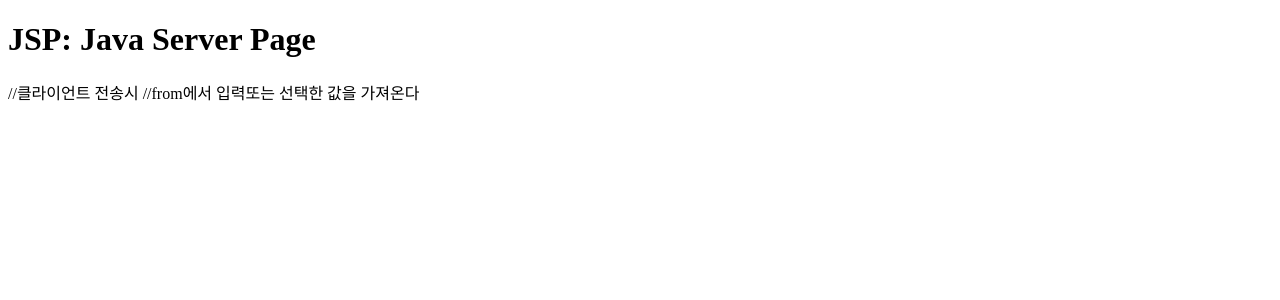
Repository: windy9109/FrontendClass
Page: http://localhost/webpro/0225/radio.jsp
These files come from the project's save history. The page is drawn as it stood at one moment and after the next save; the edit follows.
The browser window is 1280 px wide. The pictures show the whole page.
The page is served by Tomcat 9.

Above is the page before, as saved 2022-02-25 07:25:22.

After the next save:
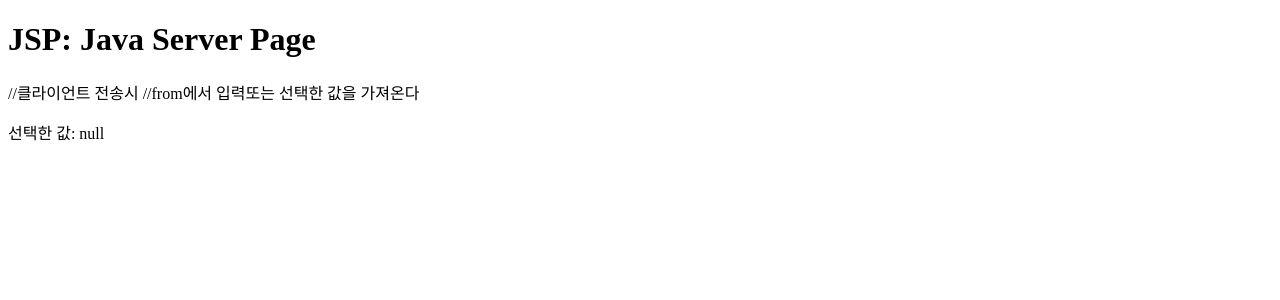
Saved 42 s later.
--- a/webpro/src/main/webapp/0225/radio.jsp
+++ b/webpro/src/main/webapp/0225/radio.jsp
@@ -16,6 +16,7 @@
 
 	<%
 		String user = request.getParameter("gender");
+		out.print("선택한 값: "+user);
 	%>
 
 
